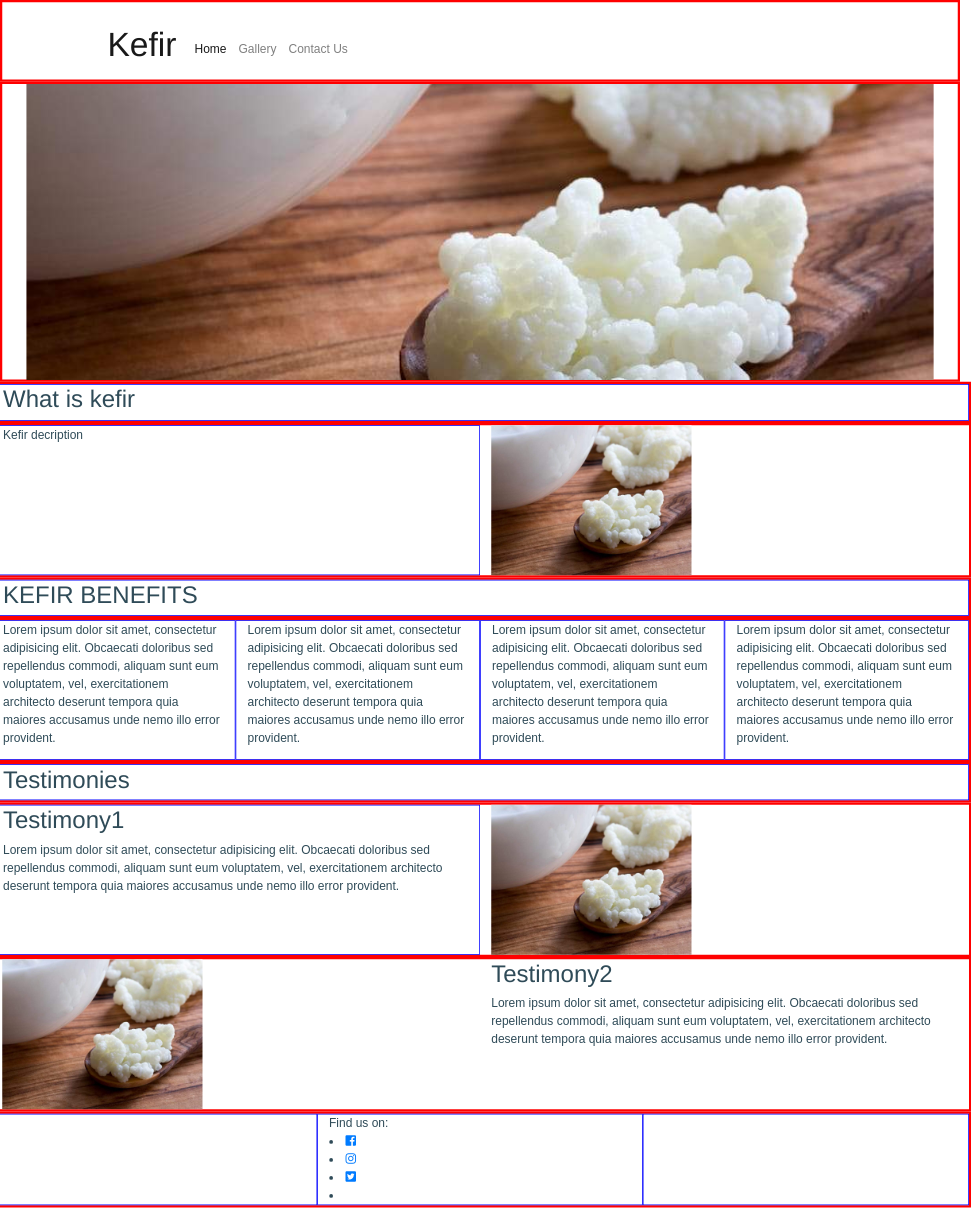
Repository: andna5980/kefir-web
Page: src/index.html
The author's editor kept a copy of each file at every save. The page is drawn from the files as they stood at one save, then again after the next save.
The browser window is 1280 px wide. The page is 1295 px wide, so the pictures cover 1295 px, including what lies to the right of the window. The pictures show the whole page, at 75% of full size.
Some web fonts or font styles are not loaded; a fallback is used. Some web libraries are served in a nearby version.

Above is the page before, as saved 2021-02-28 12:34:49.

### src/index.html
<!DOCTYPE html>
<html lang="en-US">

<head>
  <meta charset="UTF-8">
  <meta name="viewport" content="width=device-width, initial-scale=1.0">
  <meta name="author" content="Andres Navarrete">
  <meta name="description"
    content="Kefir, meet the power of nature. Bring the right knowledge and the best recipes from mother nature">
  <meta name="keywords" content="Kefir, recipes, natural-products, home-made, organic, healthy">
  <title>KEFIR | MEET THE POWER OF NATURE</title>
  <link rel="stylesheet" href="https://cdn.jsdelivr.net/npm/bootstrap@4.5.3/dist/css/bootstrap.min.css"
    integrity="sha384-TX8t27EcRE3e/ihU7zmQxVncDAy5uIKz4rEkgIXeMed4M0jlfIDPvg6uqKI2xXr2" crossorigin="anonymous">
  <link rel="stylesheet" href="https://use.fontawesome.com/releases/v5.6.3/css/all.css"
    integrity="sha384-UHRtZLI+pbxtHCWp1t77Bi1L4ZtiqrqD80Kn4Z8NTSRyMA2Fd33n5dQ8lWUE00s/" crossorigin="anonymous">
  <link href="../src/assets/styles/style.css" rel="stylesheet">
</head>

<body>
  <!--------------------Main-Header-------------------------------------->
  <header>
    <nav class="test-red navbar navbar-expand-md navbar-light">
      <a class="navbar-brand" href="#">Kefir</a>
      <button class="navbar-toggler" type="button" data-toggle="collapse" data-target="#navbarNav"
        aria-controls="navbarNav" aria-expanded="false" aria-label="Toggle navigation">
        <span class="navbar-toggler-icon"></span>
      </button>
      <div class="collapse navbar-collapse" id="navbarNav">
        <ul class="navbar-nav">
          <li class="nav-item active">
            <a class="nav-link" href="#">Home <span class="sr-only">(current)</span></a>
          </li>
          <li class="nav-item">
            <a class="nav-link" href="#">Gallery</a>
          </li>
          <li class="nav-item">
            <a class="nav-link" href="#">Contact Us</a>
          </li>

        </ul>
      </div>
    </nav>
  </header>

  <!--------------------Hero-mage-------------------------------------->

  <div class="test-red container-hero">
    <div class="hero-image col-12"></div>
  </div>


  <!--------------------What-is-kefir-------------------------------------->

  <section>
    <div class=" test-red row">
      <div class=" test-blue col-12">
        <h2>What is kefir</h2>
      </div>
    </div>

    <div class=" test-red row">
      <div class="test-blue col-6">
        <p> Kefir decription</p>
      </div>

      <div class="col-6">
        <img src="../src/assets/images/milk-kefir-grains-spoon_1024x1024.jpg" alt="kefir-products" height="200">
      </div>
    </div>

  </section>


  <!--------------------Kefir-benefits-------------------------------------->

  <section>
    <div class="test-red row">
      <div class=" test-blue col-12">
        <h2> KEFIR BENEFITS </h2>
      </div>
    </div>

    <div class=" test-red row">
      <div class="test-blue col-3">
        <p>Lorem ipsum dolor sit amet, consectetur adipisicing elit. Obcaecati doloribus sed repellendus commodi,
          aliquam sunt eum voluptatem, vel, exercitationem architecto deserunt tempora quia maiores accusamus
          unde nemo illo error provident.</p>
      </div>
      <div class="test-blue col-3">
        <p>Lorem ipsum dolor sit amet, consectetur adipisicing elit. Obcaecati doloribus sed repellendus commodi,
          aliquam sunt eum voluptatem, vel, exercitationem architecto deserunt tempora quia maiores accusamus
          unde nemo illo error provident.</p>
      </div>
      <div class="test-blue col-3">
        <p>Lorem ipsum dolor sit amet, consectetur adipisicing elit. Obcaecati doloribus sed repellendus commodi,
          aliquam sunt eum voluptatem, vel, exercitationem architecto deserunt tempora quia maiores accusamus
          unde nemo illo error provident.</p>
      </div>
      <div class="test-blue col-3">
        <p>Lorem ipsum dolor sit amet, consectetur adipisicing elit. Obcaecati doloribus sed repellendus commodi,
          aliquam sunt eum voluptatem, vel, exercitationem architecto deserunt tempora quia maiores accusamus
          unde nemo illo error provident.</p>
      </div>
    </div>
  </section>

  <!--------------------Testimonies header-------------------------------------->

  <section>
    <div class=" test-red row">
      <div class=" test-blue col-12">
        <h2>Testimonies</h2>
      </div>
    </div>

    <div class=" test-red row">
      <div class="test-blue col-6">
        <h2>Testimony1</h2>
        <p>Lorem ipsum dolor sit amet, consectetur adipisicing elit. Obcaecati doloribus sed repellendus commodi,
          aliquam sunt eum voluptatem, vel, exercitationem architecto deserunt tempora quia maiores accusamus
          unde nemo illo error provident.</p>
      </div>

      <div class="col-6">
        <img src="../src/assets/images/milk-kefir-grains-spoon_1024x1024.jpg" alt="kefir-products" height="200">
      </div>
    </div>

    <div class="test-red row">
      <div class="col-6">
        <img src="../src/assets/images/milk-kefir-grains-spoon_1024x1024.jpg" alt="kefir-products" height="200">
      </div>
      <div class="col-6">
        <h2>Testimony2</h2>
        <p>Lorem ipsum dolor sit amet, consectetur adipisicing elit. Obcaecati doloribus sed repellendus commodi,
          aliquam sunt eum voluptatem, vel, exercitationem architecto deserunt tempora quia maiores accusamus
          unde nemo illo error provident.</p>
      </div>
    </div>
  </section>

</body>
<footer>
  <div class="test-red row">
    <div class="test-blue col-4"></div>
    <div class="test-blue col-4">
      <span>Find us on:</span>
            <li><a href="http://facebook.com" target="_blank"><i class="fab fa-facebook-square"></i></a></li>

            <li><a href="http://instagram.com" target="_blank"><i class="fab fa-instagram"></i></a></li>

            <li><a href="http://twitter.com" target="_blank"><i class="fab fa-twitter-square"></i></a>
            <li>
    </div>
    <div class="test-blue col-4"></div>
  </div>
</footer>










<script src="https://code.jquery.com/jquery-3.2.1.slim.min.js"
  integrity="sha384-KJ3o2DKtIkvYIK3UENzmM7KCkRr/rE9/Qpg6aAZGJwFDMVNA/GpGFF93hXpG5KkN" crossorigin="anonymous"></script>
<script src="https://cdnjs.cloudflare.com/ajax/libs/popper.js/1.12.9/umd/popper.min.js"
  integrity="sha384-ApNbgh9B+Y1QKtv3Rn7W3mgPxhU9K/ScQsAP7hUibX39j7fakFPskvXusvfa0b4Q" crossorigin="anonymous"></script>
<script src="https://maxcdn.bootstrapcdn.com/bootstrap/4.0.0/js/bootstrap.min.js"
  integrity="sha384-JZR6Spejh4U02d8jOt6vLEHfe/JQGiRRSQQxSfFWpi1MquVdAyjUar5+76PVCmYl" crossorigin="anonymous"></script>

</html>

### src/assets/styles/style.css
@import url('https://fonts.googleapis.com/css2?family=Amatic+SC&family=Caveat+Brush&display=swap');

.container {
    margin: 15px;
}


body {
    font-family: Arial, Helvetica, sans-serif;
    color: #2F4B58;
    max-width: 1500px;
}

h2 {
    font-family:  Caveat Brush, Helvetica, sans-serif;
    color: #2F4B58;
}


/*----------------------BORDER ROWS AND COLUMNS----------*/

.test-red {
    border: 3px solid red
}

.test-blue {
    border:1px solid blue
}









/*-----------------------Header ----------*/

.navbar-brand {
    float: left;
    color: #2F4B58;
    font-family:  Caveat Brush, Helvetica, sans-serif;
    font-size: 280%;
    margin-left: 10%;
    margin-top: 10px;
}

.navbar-nav {
    float: right;
}

.navbar-nav li a{
    margin-top: 20px;
    color: #2F4B58;
}


.navbar-toggler {
    border: 2px solid #2F4B58;
    color: #2F4B58;
}

/*
.navbar-toggler.icon{

}
*/





.menu a {
    text-decoration: none;
    color: #2F4B58;
}

.menu  {
list-style-type: none;
margin-right: 5%;
margin-top: 30px; /* CHAPUZA  */
word-spacing: 5px;
}

.menu ul {
    float:right;
    margin-left: 10px;
}

.menu li {
    list-style-type: none;
    display: inline-flex;
}


/*-----------------------Hero-image ----------*/

.container-hero {
    height: 400px;
    overflow: hidden;
}

.hero-image {
    height: 400px;
    width: 100%;
    background: url(../images/milk-kefir-grains-spoon_1024x1024.jpg) no-repeat center;
    animation-name: hero-zoom;
    animation-duration: 4s;
    animation-fill-mode: forwards;
}

/*------Animation of the Hero image-------*/

@keyframes hero-zoom {
    from{
        transform: scale(1);
    }
    to{
        transform: scale(1.2);
    }
}

/*-----------------------What-is-kefir-are----------*/

After the next save:
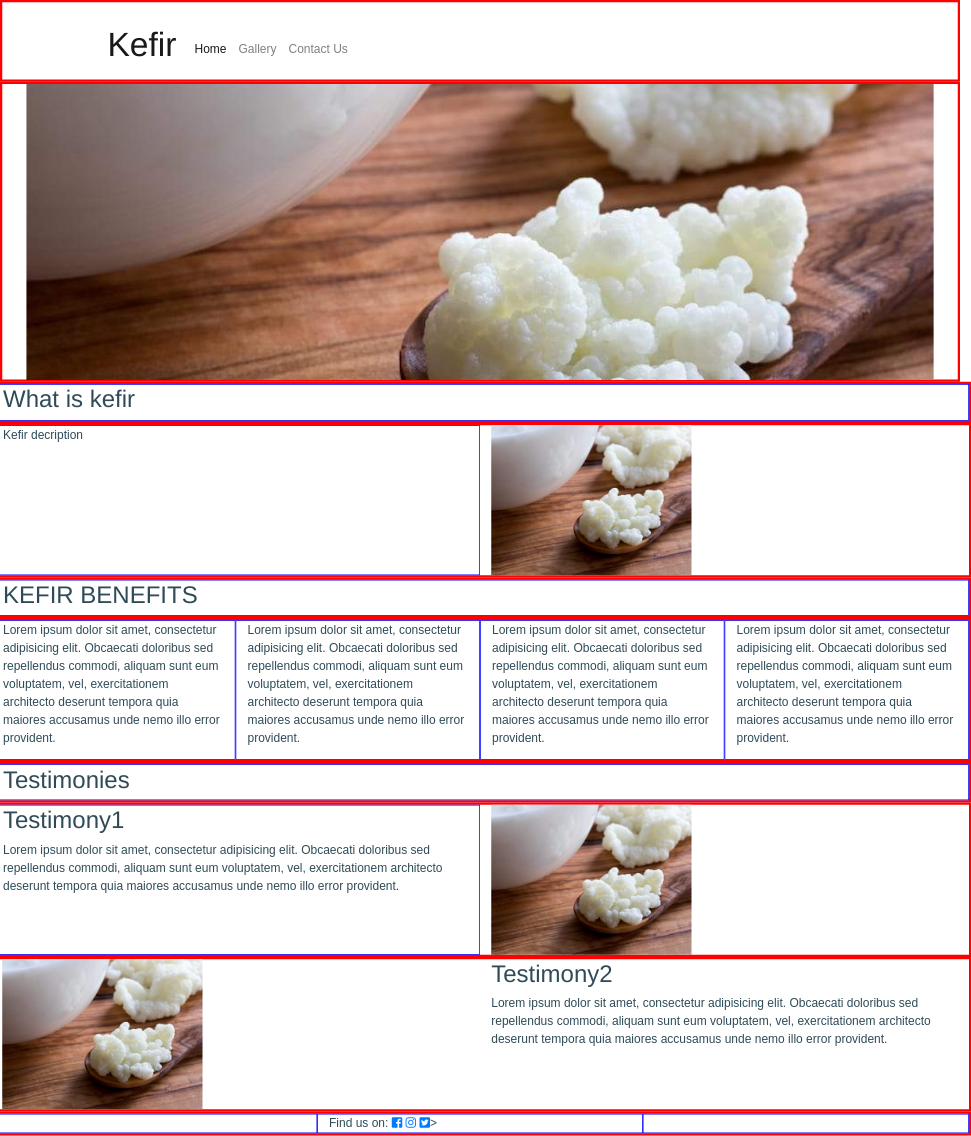
Saved 68 s later.
--- a/src/index.html
+++ b/src/index.html
@@ -145,12 +145,11 @@
     <div class="test-blue col-4"></div>
     <div class="test-blue col-4">
       <span>Find us on:</span>
-            <li><a href="http://facebook.com" target="_blank"><i class="fab fa-facebook-square"></i></a></li>
+      <a href="http://facebook.com" target="_blank"><i class="fab fa-facebook-square"></i></a>
 
-            <li><a href="http://instagram.com" target="_blank"><i class="fab fa-instagram"></i></a></li>
+      <a href="http://instagram.com" target="_blank"><i class="fab fa-instagram"></i></a>
 
-            <li><a href="http://twitter.com" target="_blank"><i class="fab fa-twitter-square"></i></a>
-            <li>
+      <a href="http://twitter.com" target="_blank"><i class="fab fa-twitter-square"></i></a>>
     </div>
     <div class="test-blue col-4"></div>
   </div>
